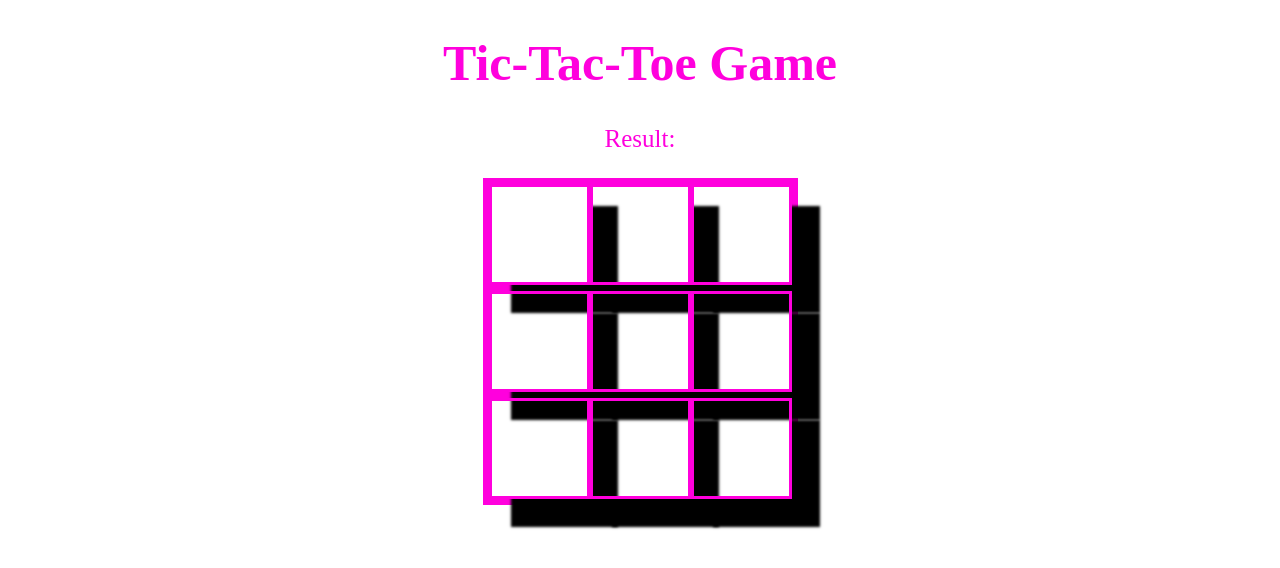
Repository: 0101chaitanya/Tic-Tac-Toe
Page: index.html
The author's editor kept a copy of each file at every save. The page is drawn from the files as they stood at one save, then again after a run of saves.
The browser window is 1280 px wide. The pictures show the whole page.

Above is the page before, as saved 2021-06-09 18:04:26.

After the next 3 saves:
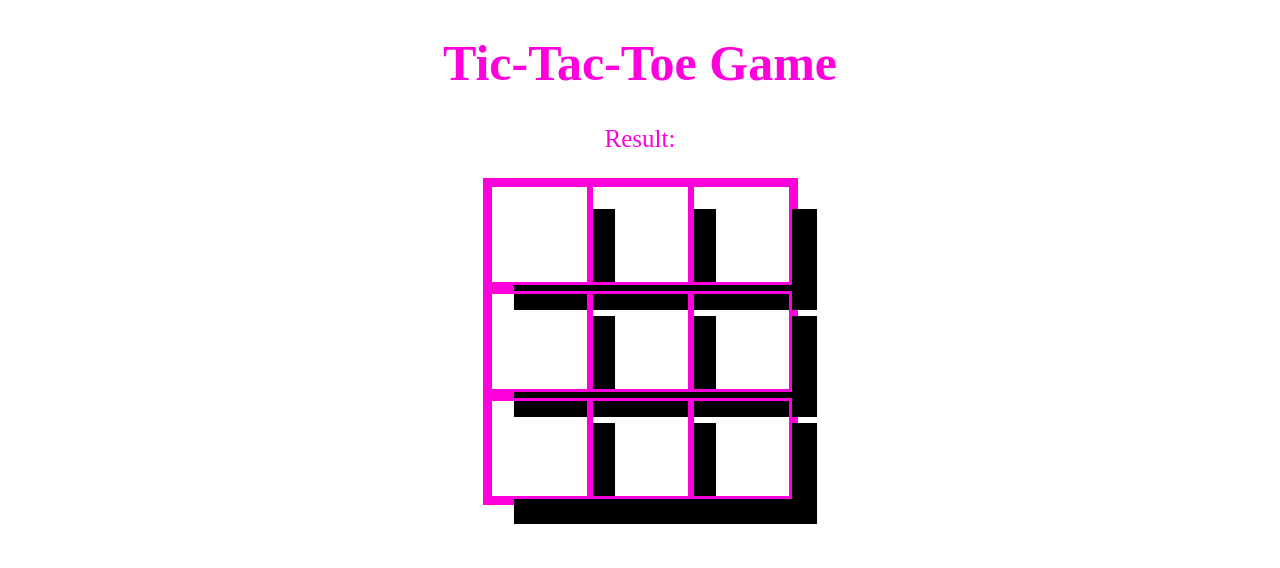
The 3 saves are shown as one change because they came seconds apart.
The last was saved 10 s later.
--- a/styles.css
+++ b/styles.css
@@ -44,5 +44,5 @@
     border-style: solid;
     width:3.8rem;
     height:3.8rem;
-box-shadow: 1rem 1rem 0.1rem 0.11rem black;
+box-shadow: 1rem 1rem 0.01rem 0.0011rem black;
 }
